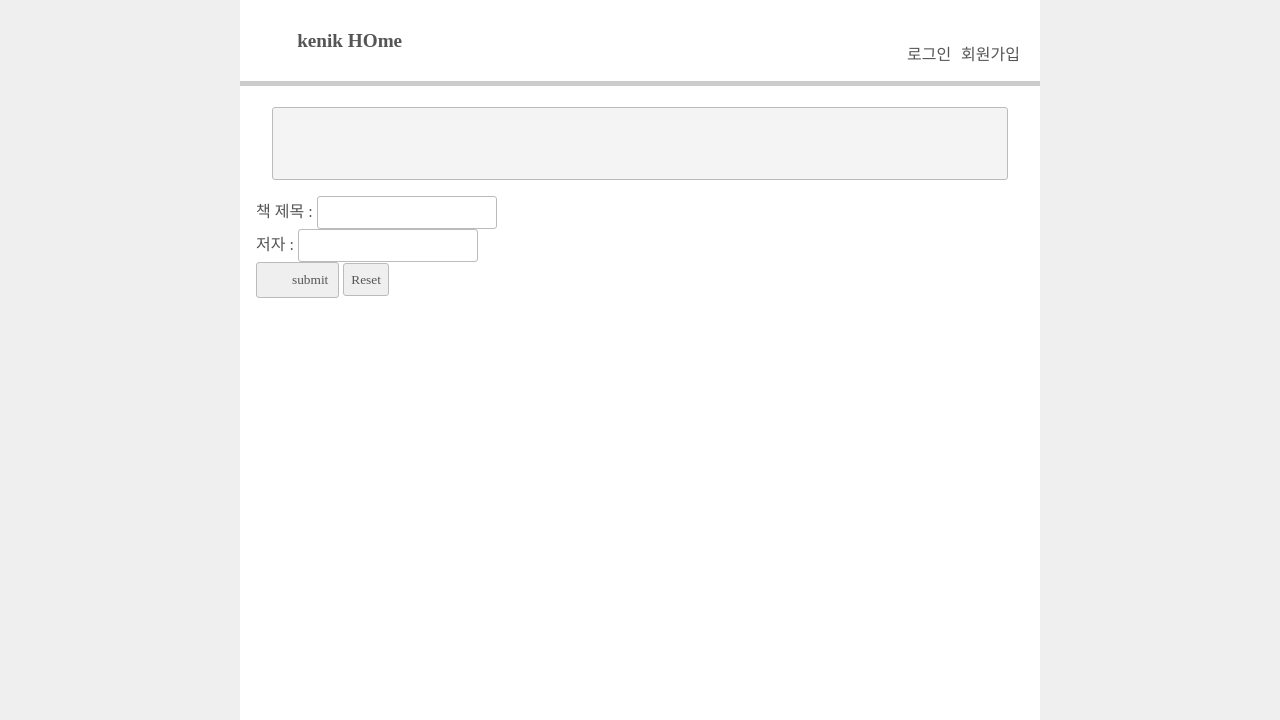
Repository: Seeker2250/JspTest
Page: http://localhost/jspPro/days01/ex02.jsp
The author's editor kept a copy of each file at every save. The page is drawn from the files as they stood at one save, then again after the next save.
The browser window is 1280 px wide. The pictures show the whole page.
Some web fonts or font styles are not loaded; a fallback is used. The page is served by Tomcat 9. Other server files are loaded and not shown.

Above is the page before, as saved 2024-10-15 03:15:45.

### jspPro/src/main/webapp/days01/ex02.jsp
<%@ page language="java" contentType="text/html; charset=UTF-8"
    pageEncoding="UTF-8"%>
<!DOCTYPE html>
<html>
<head>
<meta charset="UTF-8">
<title>Insert title here</title>
<link rel="shortcut icon" type="image/x-icon" href="http://localhost/jspPro/images/SiSt.ico">
<script src="https://ajax.googleapis.com/ajax/libs/jquery/3.7.1/jquery.min.js"></script>
<meta name="viewport" content="width=device-width, initial-scale=1.0">
<link rel="stylesheet" href="http://localhost/jspPro/resources/cdn-main/example.css">
<script src="http://localhost/jspPro/resources/cdn-main/example.js"></script>
<style>
 span.material-symbols-outlined{
    vertical-align: text-bottom;
 }
</style>
</head>
<body>
<header>
  <h1 class="main"><a href="#" style="position: absolute;top:30px;">kenik HOme</a></h1>
  <ul>
    <li><a href="#">로그인</a></li>
    <li><a href="#">회원가입</a></li>
  </ul>
</header>
<div>
 <xmp class="code">

  </xmp>

  <form action="">

  	책 제목 : <input type="text" id="title" name="title" autofocus><br>
  	저자 : <input type="text" id="author"><br>
  	<button type="button">submit</button>
  	<input type="reset">

  </form>
</div>
</body>
</html>

### jspPro/src/main/webapp/resources/cdn-main/example.css
@charset "UTF-8";

@import url('https://fonts.googleapis.com/css2?family=Material+Symbols+Outlined:opsz,wght,FILL,GRAD@20..48,100..700,0..1,-50..200');

@font-face {
    font-family: 'GmarketSansMedium';
    src: url('https://cdn.jsdelivr.net/gh/projectnoonnu/noonfonts_2001@1.1/GmarketSansMedium.woff') format('woff');
    font-weight: normal;
    font-style: normal;
}

:root {
	--text-color: #555;
	--sub-text-color: #777;
	--back-color: #EFEFEF;
	--header-color: #444;
	--primary-color: #DEDEDE;
	--secondary-color: #EFEFEF;
	--default-width: 800px;
	--narrow-width: 500px;
	--wide-width: 1200px;
	--text-font: 'GmarketSansMedium';
	--icon-font: 'Material Symbols Outlined';
	--border-color: #CCC;
}

html, body {
	margin: 0;
	padding: 0;
}

html {
	background-color: var(--back-color);
	display: flex;
	justify-content: center;
	min-height: 100vh;
}

body, body.default {
	width: var(--default-width);
	background-color: white;
	padding-bottom: 120px;
}

body.wide {
	width: var(--wide-width);
}

body.narrow {
	width: var(--narrow-width);
}



body, p, div, span, a, input, select, option, textarea, button, table, th, td, label, fieldset, legend {
	font-family: var(--text-font);
	color: var(--text-color);
}

h1, h2, h3 {
	font-family: var(--text-font);
	color: var(--header-color);
	padding: 0 1rem;
	padding-top: .5rem;
}

div > h1, div > h2, div > h3 {
	padding: 0;
}

body > div, body > main > div {
	padding: 0.3rem 1rem;
}


h1 { font-size: 2rem; border-bottom: 1px solid var(--border-color); }
h1 small { font-size: 1.2rem; color: var(--sub-text-color); }
h2 { font-size: 1.5rem; border-bottom: 1px dashed var(--border-color); }
h2 small { font-size: 1.1rem; color: --sub-text-color; }
h3 { font-size: 1.2rem; }
h3 small { font-size: 1rem; color: --sub-text-color; }



h1.main::before {
	font-family: var(--icon-font);
  	content: '\e666';
  	margin-right: 10px;
  	float: left;
	font-size: 2.5rem;
}

h1.sub::before {
	font-family: var(--icon-font);
  	content: '\ea19';
  	margin-right: 10px;
  	float: left;
	font-size: 2.5rem;
}


h1.page::before {
	font-family: var(--icon-font);
  	content: '\e0e0';
  	margin-right: 10px;
  	float: left;
	font-size: 2.5rem;
}

body > header > ul > li > .active{
	background-color: #FFF;
	color:#F00;
}

body > header {
	display: flex;
	justify-content: space-between;
	border-bottom: 5px solid var(--border-color);
	min-height: 74px;
	background-color: #FFF;
}

body > header.sticky {
	position: sticky;
	top: 0;
	z-index: 98;
}

body > header > h1 {
	font-size: 1.2rem;
	border: 0;
}

body > header.in > h1::before {
	font-family: var(--icon-font);
  	content: '\e332‥';
  	margin-right: 3px;
  	float: left;
	font-size: 2rem;
}


body > header > ul {
	list-style-type: none;
	display: flex;
	align-items: flex-end;
	margin-right: 10px;
}

body > header > ul > li {
	margin-right: 10px;
	cursor: pointer;
}

body > header > ul > li > a {
	cursor: pointer;
}


form {
	display: block;
}

form > div {
	padding: 0.3rem 1rem;
}

div > form > div {
	padding: 0.3rem 0;
}

input, textarea, button, select {
	border: 1px solid #BBB;
	border-radius: 3px;
	outline: none;
	resize: none;
	padding: 7px;
	margin: 0;
}

input[type=text]:read-only, textarea:read-only {
	cursor: not-allowed;
	background-color: #FFF;
}

input[type=text]:disabled, textarea:disabled {
	cursor: not-allowed;
	background-color: #EEE;
}

input[type=text], input[type=password], textarea, button, select {
	/* width: 300px; */
}

textarea {
	display: block;
	height: 100px;
}

input[type=button], input[type=submit], button {
	/* width: inherit; */
}

input.short, textarea.short, button.short, select.short {
	width: 100px;
}

input.long, textarea.long, button.long, select.long {
	width: 350px;
}

.narrow input.long, .narrow textarea.long, .narrow button.long, .narrow select.long {
	width: calc(100% - 20px);
}

input.full, textarea.full, button.full, select.full {
	width: calc(100% - 20px);
}

textarea.short {
	height: 50px;
}

textarea.long {
	height: 100px;
}

textarea.full {
	height: 200px;
}

input, textarea {
	padding-top: 8px;
}

input[type=button], input[type=submit], button {
	padding: 5px 10px;
	background-color: var(--secondary-color);
	cursor: pointer;
	min-height: 36px;
}

input[type=button].primary, input[type=submit].primary, button.primary {
	/* background-color: rgba(100, 149, 237, .2); */
	background-color: var(--primary-color);
}

input[type=button].primary:hover, input[type=submit].primary:hover, button.primary:hover {
	/* background-color: rgba(100, 149, 237, .3); */
	background-color: var(--secondary-color);
}

input[type=button]:hover, input[type=submit]:hover, button:hover {
	background-color: var(--primary-color);
}

button {
	position: relative;
	left: 0;
	top: 0;
	padding-left: 35px;
}

button .material-symbols-outlined {
	position: absolute;
	left: 10px;
	top: 4px;
}

/* k2nik add */
button.login::before {
	font-family: var(--icon-font);
  	content: '\ea77';
	position: absolute;
	left: 11px;
	top: 4px;
	font-size: 1.25rem;
}

/* k2nik logout */
button.logout::before {
	font-family: var(--icon-font);
  	content: '\e9ba';
	position: absolute;
	left: 11px;
	top: 4px;
	font-size: 1.25rem;
}

/* k2nik help */
button.help::before {
	font-family: var(--icon-font);
  	content: '\f1c0';
	position: absolute;
	left: 11px;
	top: 4px;
	font-size: 1.25rem;
}

button.add::before{
	font-family: var(--icon-font);
  	content: '\e746';
	position: absolute;
	left: 11px;
	top: 4px;
	font-size: 1.25rem;
}

button.back::before {
	font-family: var(--icon-font);
  	content: '\e166';
	position: absolute;
	left: 11px;
	top: 4px;
	font-size: 1.25rem;
}

button.list::before {
	font-family: var(--icon-font);
  	content: '\e0ee';
	position: absolute;
	left: 11px;
	top: 4px;
	font-size: 1.25rem;
}


button.del::before {
	font-family: var(--icon-font);
  	content: '\e872';
	position: absolute;
	left: 11px;
	top: 4px;
	font-size: 1.25rem;
}


button.edit::before {
	font-family: var(--icon-font);
  	content: '\e745';
	position: absolute;
	left: 11px;
	top: 4px;
	font-size: 1.25rem;
}


button.login::before {
	font-family: var(--icon-font);
  	content: '\ea77';
	position: absolute;
	left: 11px;
	top: 4px;
	font-size: 1.25rem;
}


button.logout::before {
	font-family: var(--icon-font);
  	content: '\e9ba';
	position: absolute;
	left: 11px;
	top: 4px;
	font-size: 1.25rem;
}


button.in::before {
	font-family: var(--icon-font);
  	content: '\f71a';
	position: absolute;
	left: 11px;
	top: 4px;
	font-size: 1.25rem;
}


button.out::before {
	font-family: var(--icon-font);
  	content: '\f70e';
	position: absolute;
	left: 11px;
	top: 4px;
	font-size: 1.25rem;
}


button.reply::before {
	font-family: var(--icon-font);
  	content: '\e15e';
	position: absolute;
	left: 11px;
	top: 4px;
	font-size: 1.25rem;
}


button.comment::before {
	font-family: var(--icon-font);
  	content: '\e0b9';
	position: absolute;
	left: 11px;
	top: 4px;
	font-size: 1.25rem;
}


button.modal::before {
	font-family: var(--icon-font);
  	content: '\e89e';
	position: absolute;
	left: 11px;
	top: 4px;
	font-size: 1.25rem;
}


button.ok::before {
	font-family: var(--icon-font);
  	content: '\e86c';
	position: absolute;
	left: 11px;
	top: 4px;
	font-size: 1.25rem;
}


button.cancel::before {
	font-family: var(--icon-font);
  	content: '\e5c9';
	position: absolute;
	left: 11px;
	top: 4px;
	font-size: 1.25rem;
}

button.search::before {
	font-family: var(--icon-font);
  	content: '\e8b6';
	position: absolute;
	left: 11px;
	top: 4px;
	font-size: 1.25rem;
}

button.home::before {
	font-family: var(--icon-font);
  	content: '\e88a';
	position: absolute;
	left: 11px;
	top: 4px;
	font-size: 1.25rem;
}


button.sidebar::before {
	font-family: var(--icon-font);
  	content: '\f7e4';
	position: absolute;
	left: 11px;
	top: 4px;
	font-size: 1.25rem;
}


button.sidebar-right::before {
	font-family: var(--icon-font);
  	content: '\f7e5';
	position: absolute;
	left: 11px;
	top: 4px;
	font-size: 1.25rem;
}




button::before {
	font-family: var(--icon-font);
  	content: '\e323';
	position: absolute;
	left: 11px;
	top: 4px;
	font-size: 1.25rem;
}


table {
	border-collapse: collapse;
	margin: 1rem;
	box-sizing: border-box;
	width: calc(100% - 32px);
}

table.content {
	width: auto;
}

div > table {
	margin: 0;
}

table th, table td {
	border: 1px solid var(--border-color);
	padding: 7px;
	font-weight: normal;
}

table th {
	background-color: var(--back-color);
}

table.vertical th {
	width: 150px;
}

table.vertical td {
	width: calc(100% - 182px);
	padding-left: 10px;
}

table.content td, table.content th {
	width: auto;
}

body.narrow table.vertical th {
	width: 100px;
}

body.narrow table.vertical td {
	width: calc(100% - 182px);
}


table + table {
	margin-top: 30px;
}


p {
	padding: 0 1rem;
}

a {
	text-decoration: none;
}

a:hover {
	color: rgba(255, 99, 71, .7);
}

hr {
	border: 0;
	border-top: 1px solid var(--border-color);
	margin: 2rem 0;
}

.message {
	border: 1px solid var(--border-color);
	background-color: #EFEFEF;
	margin: 1rem;
	width: auto;
	padding-top: 10px;
	padding-bottom: 10px;
	font-size: 14px;
}

.message[title]::before {
	content: attr(title);
	display: block;
	border-bottom: 1px solid var(--border-color);
	padding-bottom: 5px;
	margin-bottom: 10px;
	margin-top: 7px;
}

.message.short {
	max-width: 250px;
}

.message.long {
	max-width: 500px;
}

.badge {
	float: right;
	font-size: .8rem;
	margin-top: 2px;
	margin-right: 2px;
	text-shadow: 0 0 7px gray;
}

.badge.left {
	float: none;
	margin-left: 2px;
}

.badge.right {
	float: right;
}

.badge.red {
	border-radius: 50%;
	padding: 2px 5px;
	background-color: rgb(255, 99, 71, .3);
}

.badge.yellow {

	border-radius: 50%;
	padding: 2px 5px;
	background-color: rgb(255, 215, 0, .5);
}

.badge.blue {
	border-radius: 50%;
	padding: 2px 5px;
	background-color: rgb(100, 149, 237, .3);
}

label + label {
	margin-left: 7px;
}

label input[type=checkbox], label input[type=radio] {
	transform: translate(0, 1px);
}

.group {
	display: flex;
}

.modal-content .group {
	margin-bottom: .5rem;
}

.group label {
	border: 1px solid #BBB;
	border-radius: 3px;
	outline: none;
	resize: none;
	padding: 7px 14px;
	margin: 0;
	border-top-right-radius: 0;
	border-bottom-right-radius: 0;
	background-color: #EFEFEF;
	white-space: nowrap;
	font-size: 14px;
}

.group input[type=text] {
	margin-left: -1px;
	border-top-left-radius: 0;
	border-bottom-left-radius: 0;
}

.group select {
	margin-left: -1px;
	border-top-left-radius: 0;
	border-bottom-left-radius: 0;
}

.group input.full[type=text] {
	margin-left: -1px;
	border-top-left-radius: 0;
	border-bottom-left-radius: 0;
	width: 100%;
}

.group input[type=button]:first-child, .group button:first-child {
	border-top-left-radius: 3px;
	border-bottom-left-radius: 3px;
	margin-left: 0px;
}

.group input[type=button], .group button {
	border-radius: 0;
	margin-left: -1px;
}

.group input[type=button]:last-child, .group button:last-child {
	margin-left: -1px;
	border-top-right-radius: 3px;
	border-bottom-right-radius: 3px;
}

.seperate {
	display: flex;
	justify-content: space-between;
}

div.list {
	width: max-content;
	margin: 1rem;
	border: 1px solid #BBB;
	border-radius: 3px;
	padding: 0;
}

div.list.full {
	width: auto;
	display: block;
	margin: 1rem;
	border: 1px solid #BBB;
	border-radius: 3px;
	padding: 0;
}

div.list > div {
	padding: .5rem 1rem;
	margin: 0;
	border-bottom: 1px solid #BBB;
}

div.list > div:last-child {
	border-bottom: 0;
}

pre.code , xmp.code{
	font-family: consols;
	background-color: rgba(150, 150, 150, .1);
	border: 1px solid #BBB;
	border-radius: 3px;
	padding: .5rem 1rem;
	padding-bottom: .6rem;
	margin: 1rem;
}




*[data-modal-window] {
	position: fixed;
	background-color: rgba(0, 0, 0, .3);
	left: 0;
	top: 0;
	display: none;
	justify-content: center;
	align-items: flex-start;
	width: 100%;
	min-height: 100vh;
	z-index: 100;
	opacity: 0;
	transition: 500ms all;
}

*[data-modal-window] .modal-container {
	border-radius: 5px;
	padding: 1rem;
	padding-bottom: .5rem;
	margin-top: -500px;
	opacity: 0;
	width: 500px;
	background-color: #FFF;
	margin-right: 2rem;
	transition: 500ms all;
}

*[data-modal-size=content] .modal-container {
	width: auto;
}

*[data-modal-size=narrow] .modal-container {
	width: 300px;
}

*[data-modal-size=wide] .modal-container {
	width: 760px;
}


*[data-modal-window] .modal-header {
	border-bottom: 1px solid var(--border-color);
	padding: 2px 5px;
}

*[data-modal-window] .modal-content {
	padding: 1rem 5px;
}

*[data-modal-window] .modal-content div:last-child {
	margin-top: 1rem;
	text-align: right;
}



*[data-sidebar-window] {
	position: fixed;
	background-color: #FFF;
	left: 0;
	top: 0;
	display: block;
	width: 300px;
	border-right: 1px solid var(--border-color);
	box-sizing: border-box;
	box-shadow: 0 0 3px var(--back-color);
	min-height: 100vh;
	z-index: 99;
	transform: translate(-300px, 0);
	transition-duration: 500ms;
	transition-property: transform;
}

*[data-sidebar-direction=right] {
	left: auto;
	right: 0;
	transform: translate(300px, 0);
	border-left: 1px solid var(--border-color);
}

*[data-sidebar-size=wide] {
	width: 500px;
	transform: translate(-500px, 0);
}

*[data-sidebar-window] .sidebar-title {
	border-bottom: 1px solid var(--border-color);
	margin-top: 20px;
	margin-bottom: 20px;
	padding-bottom: 5px;
	display: flex;
	justify-content: space-between;
}

*[data-sidebar-window] .sidebar-title span:last-child {
	cursor: pointer;
}


/* K2Nik pagination */
.center {
  text-align: center;
}

.pagination {
  display: inline-block;
}

.pagination a {
  color: black;
  float: left;
  padding: 3px 6px;
  text-decoration: none;
  transition: background-color .3s;
  border: 1px solid #ddd;
  margin: 0 3px;
}

.pagination a.active {
  background-color: #4CAF50;
  color: white;
  border: 1px solid #4CAF50;
}

.pagination a:hover:not(.active) {background-color: #ddd;}

### jspPro/src/main/webapp/resources/cdn-main/example.js

window.onload = () => {

    const list = document.querySelectorAll('input, textarea');

    list.forEach(item => {
        item.setAttribute('autocomplete', 'off');
    });


    const modal_btn_list = document.querySelectorAll('*[data-modal-button]');

    modal_btn_list.forEach(item => {
        item.onclick = function() {

            const name = this.dataset['modalButton'];
            const modal_window = document.querySelector('*[data-modal-window=' + name);

            const container = document.createElement('div');
            container.className = 'modal-container';



            const modal_header = document.createElement('div');
            modal_header.textContent = modal_window.dataset['modalTitle'];
            modal_header.className = 'modal-header';
            container.appendChild(modal_header);

            const modal_content = document.createElement('div');
            modal_content.className = 'modal-content';
            container.appendChild(modal_content);

            Array.from(modal_window.childNodes).forEach(item => {
                modal_content.appendChild(item);
            });

            modal_window.appendChild(container);

            modal_window.style.display = 'flex';

            setTimeout(() => {
                modal_window.style.opacity = 1;
                container.style.marginTop = '20px';
                container.style.opacity = 1;
            }, 50);


            const modal_ok = document.querySelector('*[data-modal-ok=' + name);
            modal_ok.addEventListener('click', function() {
                modal_window.style.opacity = 0;
                container.style.marginTop = '-500px';
                container.style.opacity = 0;

                setTimeout(() => {
                    modal_window.innerHTML = modal_content.innerHTML;
                    modal_window.style.display = 'none';
                }, 500);

            });

            const modal_cancel = document.querySelector('*[data-modal-cancel=' + name);
            modal_cancel.addEventListener('click', function() {

                modal_window.style.opacity = 0;
                container.style.marginTop = '-500px';
                container.style.opacity = 0;

                setTimeout(() => {
                    modal_window.innerHTML = modal_content.innerHTML;
                    modal_window.style.display = 'none';
                }, 500);
            });


        };
    });


    const sidebar_btn_list = document.querySelectorAll('*[data-sidebar-button]');

    sidebar_btn_list.forEach(item => {
        item.onclick = function() {



            const name = this.dataset['sidebarButton'];
            const sidebar_window = document.querySelector('*[data-sidebar-window=' + name);

            if (sidebar_window.style.transform == 'translate(0px, 0px)') return;



            sidebar_window.style.transform = 'translate(0, 0)';

            const sidebar_title = document.createElement('div');
            sidebar_title.className = 'sidebar-title';
            sidebar_title.innerHTML = '<span>' + sidebar_window.dataset['sidebarTitle'] + '</span><span class="material-symbols-outlined">close</span>';

            sidebar_title.children[1].onclick = function() {

                let sign = 1;
                let distance = 300;

                if (sidebar_window.dataset['sidebarDirection'] != 'right') {
                    sign = -1;
                } else {
                    sign = 1;
                }

                if (sidebar_window.dataset['sidebarSize'] != 'wide') {
                    distance = 300;
                } else {
                    distance = 500;
                }

                distance *= sign;

                sidebar_window.style.transform = 'translate(' + distance + 'px, 0)';

                setTimeout(function() {
                    sidebar_window.removeChild(sidebar_window.children[0]);
                }, 500);
            };


            sidebar_window.prepend(sidebar_title);

        }
    });

};

// window.onkeydown = function(event) {

//     if (event.keyCode == 27) {
//         if (document.querySelector('[data-modal-window').style.display == 'flex') {
//             document.querySelector('[data-modal-window').style.display = 'none';
//         }
//     }

// };

After the next save:
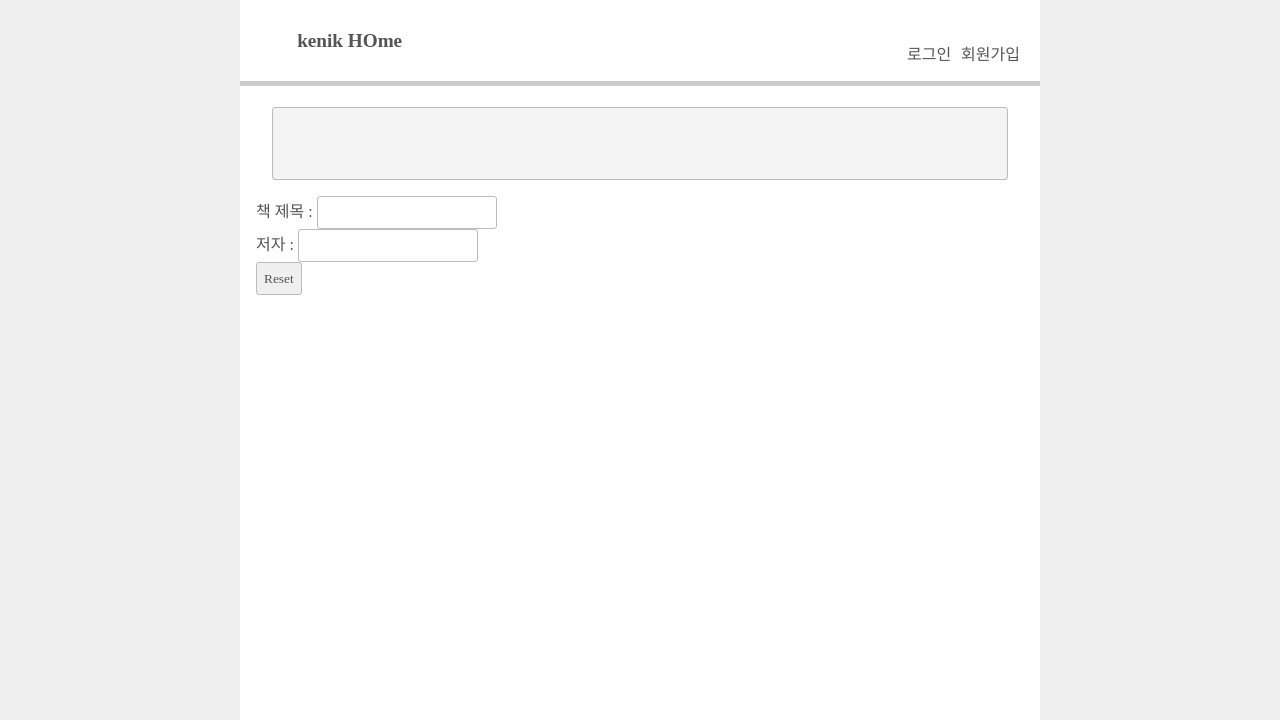
Saved 24 s later.
--- a/jspPro/src/main/webapp/days01/ex02.jsp
+++ b/jspPro/src/main/webapp/days01/ex02.jsp
@@ -33,7 +33,7 @@
 
   	책 제목 : <input type="text" id="title" name="title" autofocus><br>
   	저자 : <input type="text" id="author"><br>
-  	<button type="button">submit</button>
+  	<!-- <button type="button">submit</button> -->
   	<input type="reset">
 
   </form>
